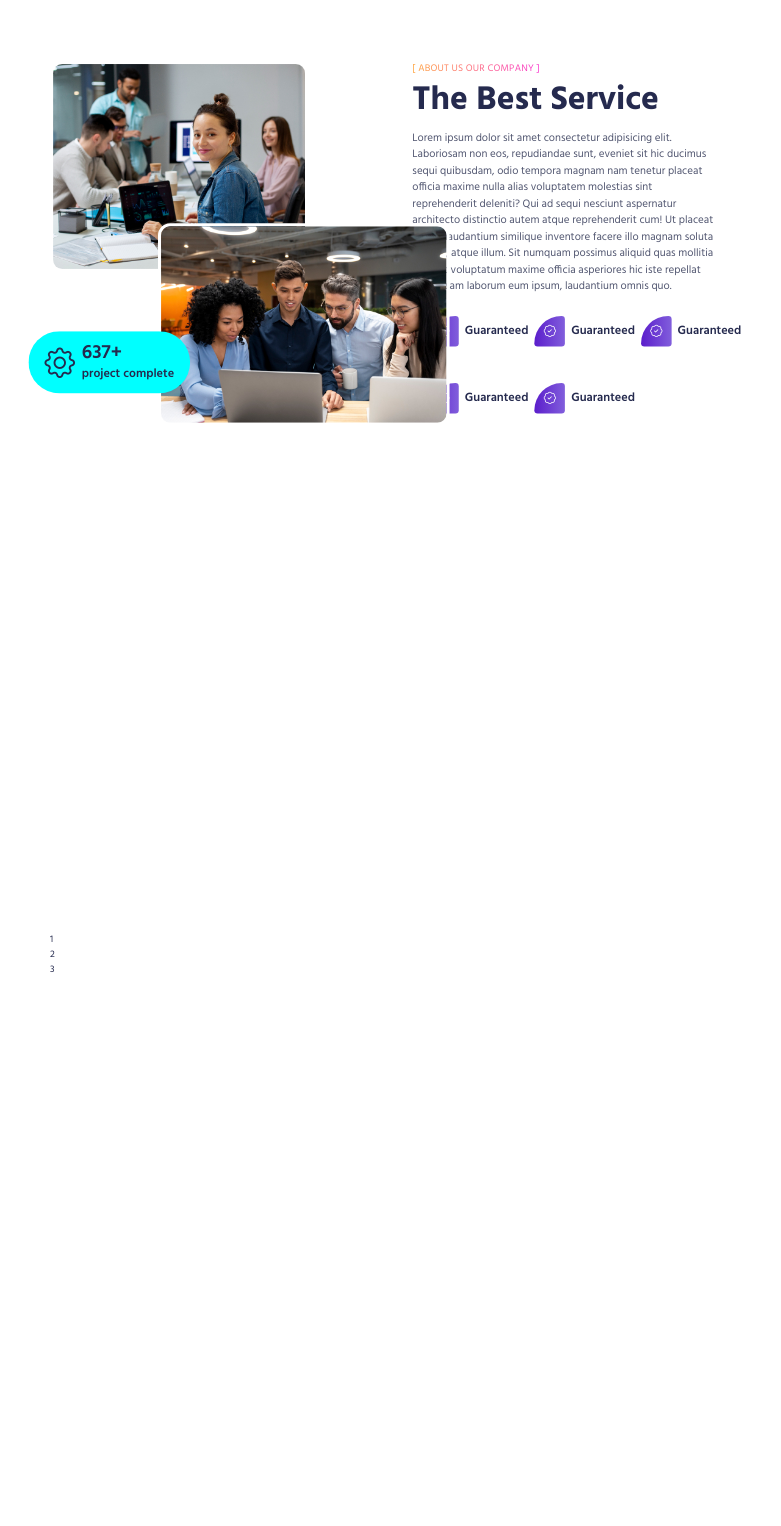
Repository: tagnam/mirehel2.0
Page: about.html
The author's editor kept a copy of each file at every save. The page is drawn from the files as they stood at one save, then again after the next save.
The browser window is 1280 px wide. The pictures show the whole page, at 61% of full size.

Above is the page before, as saved 2025-02-03 12:44:03.

### about.html
<!DOCTYPE html>
<html lang="en">
<head>
    <meta charset="UTF-8">
    <meta name="viewport" content="width=device-width, initial-scale=1.0">
    <title>about</title>
    <link href="https://cdn.jsdelivr.net/npm/bootstrap@5.0.2/dist/css/bootstrap.min.css" rel="stylesheet" integrity="sha384-EVSTQN3/azprG1Anm3QDgpJLIm9Nao0Yz1ztcQTwFspd3yD65VohhpuuCOmLASjC" crossorigin="anonymous">
    <link rel="stylesheet" href="style/css/animation.css">
    <link rel="stylesheet" href="style/css/style.css">
    <link rel="stylesheet" href="style/css/animation.css">
</head>
<body>
<!--======================================== about section ==================================== -->


<section>
    <div class="container">
        <div class="row">
            <div class="col-lg-6">
                <div class="about-left">
                    <figure class="about-img-container">
                        <img class="about-img-001 A-image01" src="images/about-img-1.jpg" alt="">
                        <img class="about-img-001 A-image02" src="images/about-img-2.jpg" alt="">
                    </figure>
                    <div class="project-counter">
                        <div class="project-icon">
                            <i class="bi bi-gear"></i>
                        </div>
                        <div class="project-number">
                            <h2>637+</h2>
                            <p> project complete </p>
                        </div>

                    </div>

                </div>
            </div>
            <div class="col-lg-6">
                <div class="container-fluid " style="margin-bottom: 20px;">


                            <h3 class="sub-heading">[ about us our company ]</h3>
                            <h1 class="title">The Best Service</h1>


                            <div class="about-text">
                                <p>Lorem ipsum dolor sit amet consectetur adipisicing elit. Laboriosam non eos, repudiandae sunt, eveniet sit hic ducimus sequi quibusdam, odio tempora magnam nam tenetur placeat officia maxime nulla alias voluptatem molestias sint reprehenderit deleniti? Qui ad sequi nesciunt aspernatur architecto distinctio autem atque reprehenderit cum! Ut placeat itaque laudantium similique inventore facere illo magnam soluta quis ab, atque illum. Sit numquam possimus aliquid quas mollitia suscipit voluptatum maxime officia asperiores hic iste repellat laboriosam laborum eum ipsum, laudantium omnis quo.</p>

                        </div>
                    </div>
                    <div class="about-right-container">
                        <ul class="about-list">
                            <li class="about-list-item">
                                <div class="col-lg-2 about-icon"><i class="bi bi-patch-check"></i></div>
                                <div class="col-lg-10">
                                    <div class="about-list-title"> Guaranteed</div>

                                </div>
                            </li>

                            <li class="about-list-item">
                                <div class="col-lg-2 about-icon"><i class="bi bi-patch-check"></i></div>
                                <div class="col-lg-10">
                                    <div class="about-list-title">Guaranteed</div>

                                </div>
                            </li>
                            <li class="about-list-item">
                                <div class="col-lg-2 about-icon"><i class="bi bi-patch-check"></i></div>
                                <div class="col-lg-10">
                                    <div class="about-list-title">Guaranteed</div>

                                </div>
                            </li>
                            <li class="about-list-item">
                                <div class="col-lg-2 about-icon"><i class="bi bi-patch-check"></i></div>
                                <div class="col-lg-10">
                                    <div class="about-list-title">Guaranteed</div>

                                </div>
                            </li>
                            <li class="about-list-item">
                                <div class="col-lg-2 about-icon"><i class="bi bi-patch-check"></i></div>
                                <div class="col-lg-10">
                                    <div class="about-list-title">Guaranteed</div>

                                </div>
                            </li>
                        </ul>
                </div>
                </div>

            </div>
        </div>
    </div>
</section>

<!--======================================== end about section ==================================== -->

<!--========================================  service section ==================================== -->


<div id="main_wrapper">
    <section class="plain"></section>
    <section class="plain"></section>
    <section id="A" class="plain"><div class="animate"></div></section>

    <section class="fancy">
      <div class="container">
        <div class="panel">1</div>
        <div class="panel">2</div>
        <div class="panel">3</div>
      </div>
    </section>

    <section id="B" class="plain"><div class="animate"></div></section>
    <section id="C" class="plain"><div class="animate"></div></section>
    <section class="plain"></section>
    <section class="plain"></section>

  </div>
<!--======================================== end service section ==================================== -->














    <script src="https://cdn.jsdelivr.net/npm/bootstrap@5.0.2/dist/js/bootstrap.bundle.min.js" integrity="sha384-MrcW6ZMFYlzcLA8Nl+NtUVF0sA7MsXsP1UyJoMp4YLEuNSfAP+JcXn/tWtIaxVXM" crossorigin="anonymous"></script>
    <script src="https://cdn.jsdelivr.net/npm/@popperjs/core@2.9.2/dist/umd/popper.min.js" integrity="sha384-IQsoLXl5PILFhosVNubq5LC7Qb9DXgDA9i+tQ8Zj3iwWAwPtgFTxbJ8NT4GN1R8p" crossorigin="anonymous"></script>
    <script src="https://cdn.jsdelivr.net/npm/bootstrap@5.0.2/dist/js/bootstrap.min.js" integrity="sha384-cVKIPhGWiC2Al4u+LWgxfKTRIcfu0JTxR+EQDz/bgldoEyl4H0zUF0QKbrJ0EcQF" crossorigin="anonymous"></script>
</body>
</html>

### style/css/animation.css

@keyframes boxmove{
    50% {
        transform: translateX(-20%);
    }
}

### style/css/style.css

@import url('https://fonts.googleapis.com/css2?family=Hind:wght@300;400;500;600;700&family=Inter:ital,opsz,wght@0,14..32,100..900;1,14..32,100..900&family=Open+Sans:ital,wght@0,300..800;1,300..800&family=Oswald:wght@200..700&family=Poppins:ital,wght@0,100;0,200;0,300;0,400;0,500;0,600;0,700;0,800;0,900;1,100;1,200;1,300;1,400;1,500;1,600;1,700;1,800;1,900&family=Raleway:ital,wght@0,100..900;1,100..900&family=Roboto:ital,wght@0,100;0,300;0,400;0,500;0,700;0,900;1,100;1,300;1,400;1,500;1,700;1,900&family=Urbanist:ital,wght@0,100..900;1,100..900&display=swap');
@import url("https://cdn.jsdelivr.net/npm/bootstrap-icons@1.11.3/font/bootstrap-icons.min.css");
*{
    margin: 0;
    padding: 0;
    box-sizing: border-box;
}

:root{
    --primary-color: #252A4E;
    --secondary-color: #a249ed;

}

body{
    font-family: "Hind", serif;

    color:#252A4E;
}

section{
    padding: 100px 0;
}

.row-container{
    margin-top: 50px;
}
.banner-section{
    background-image: url(/images/banner-bg.webp);
    background-size: cover;
    background-position: center;
    /* background-attachment: fixed; */
    /* height: 100vh; */
    position: relative;
    margin: 15px;
    padding: 8px;
}
.section-btn{
    height: 100%;
    display: flex
;
    justify-content: flex-end;
    align-items: flex-end;
}

.title{
    font-size: 55px;
    font-weight: 800;
    line-height: 1;
}

.banner-img{
    position: relative;
    bottom: -89px;
}
.banner-content{
    margin-top: 100px;
    padding-right: 100px;
}

.banner-title{
    font-size: 70px;
    font-weight: 800;
    line-height: 1;
}

.banner-text{
    font-size: 20px;
    font-weight: 400;
    line-height: 1.5;
    margin-top: 20px;
    color:#515670;
}

.banner-title span{
    color: var(--secondary-color);
}
.sub-heading{
    position: relative;
    display: inline-block;
    font-size: 16px;
    letter-spacing: 0.32px;
    line-height: 26px;
    font-weight: 400;
    font-family: var(--galada);
    text-transform: uppercase;
    background: linear-gradient(90deg, #FFA835 -3.85%, #FA3DCC 97.3%, #FA3AD0 100%);
    background-clip: text;
    -webkit-background-clip: text;
    -webkit-text-fill-color: transparent;

    margin-bottom: 12px;
}




.banner-icon{
    width: 100%;
    background: linear-gradient(90deg, #9255CE -2.17%, #BE60FF 100%);
    box-shadow: 0px 0px 20px 0px rgba(0, 0, 0, 0.08);
    border-radius: 30px 45px 30px 30px;
    position: relative;
    padding: 20px;
    top: 28px;
    right: -13px;
}

.banner-icon h2{
    font-size: 45px;
    font-weight: 800;
    /* line-height: 1.5; */
    color: #fff;
    /* margin-bottom: 20px; */
    text-align: start;
    margin: unset;
    line-height: 38px;
    padding: 10px;
}

.banner-icon h4{
    font-size: 27px;
    font-weight: 600;
    line-height: 1.5;
    color: #fff;
    /* margin-top: 20px; */
    text-align: start;
    text-transform: uppercase;
}


.marquee-content{
    background: linear-gradient(90deg, #70DBFF 0%, #DD98FF 100%);
    border-radius: 0 0 35px 30px;
    overflow: hidden;
    padding: 23px 45px;
    width: 100%;
    position: absolute;
    left: 9px;
    bottom: -12px;
    display: flex;
    justify-content: space-between;
    align-items: center;
}


/* <!--===================================== about section end ========================================--> */
.about-right-container{
    padding-left: 50px;
}
.about-text p{
    font-size: 18px;
    line-height: 1.5;
    color: #515670;
    margin-top: 20px;
}

.about-img{
    position: relative;
    transform: translate(30px, 30px);
    width: 100%;
}

.about-figure{
    position: relative;
  background-color: aqua;
  padding: 20px;
}


.about-list{

    list-style: none;
    padding: unset;
    display: grid;
    grid-template-columns: repeat(3, 1fr);
    grid-template-rows: repeat(2, 100px);
    gap: 10px; }


.about-list li{
    display: flex;
    align-items: center;
    margin-bottom: 20px;
    justify-content: space-between;
}

.about-icon{

    display: flex;
    justify-content: center;
    align-items: center;
    background-color:var(--secondary-color);
    width: 50px;
    height: 50px;
    background: linear-gradient(90deg, #5A1CCB -2.17%, #815EDC 100%);
    border-radius: 50px 6px 6px 6px;
}

.about-icon .bi{
    font-size: 20px;
    color: #fff;
    display: flex;
    justify-content: center;
    align-items: center;
}


.about-list-title{
    font-size: 20px;
    line-height: 1.16;
    /* margin-bottom: 4px; */
    font-weight: 600;
    margin-left: 10px;
}

.about-list-text p{
    font-size: 16px;
    line-height: 1.5;
    color: #515670;
    margin: unset;
}
/* <!--===================================== about section end ========================================--> */




/* <!--===================================== service section start ========================================--> */

.service-index {
    width: 100%;
    display: flex;
    justify-content: center;
    align-items: center;
}

.service-index h2{
    position: relative;
    display: inline-block;

    letter-spacing: 0.32px;
margin: unset;
    font-weight: 600;
    font-family: var(--galada);
    text-transform: uppercase;
    background: linear-gradient(90deg, #FFA835 -3.85%, #FA3DCC 97.3%, #FA3AD0 100%);
    background-clip: text;
    -webkit-background-clip: text;
    -webkit-text-fill-color: transparent;

}

.service-title h3{
    font-size: 40px;
    font-weight: 800;
    line-height: 1;
    color: #252A4E;
    margin-bottom: 20px;
}

.service-row{
    border-bottom: 2px solid red;
    margin-bottom: 30px;
}

.service-icon{
    display: flex;
    justify-content: center;
}

.service-icon .bi{
    font-size: 45px;
    color:red;
    display: flex;
    justify-content: center;
    align-items: center;
}
/* <!--===================================== service section end ========================================--> */




/* <!--===================================== project section start========================================--> */




/* <!--===================================== project section start========================================--> */





/* <!--===================================== testimonial section start========================================--> */


.testimonial-card{
    background: linear-gradient(90deg, #70DBFF 0%, #DD98FF 100%);
    padding: 0px 20px;
    border-radius: 20px;
}


.testimonial-img{
    height: 58px;
    width: 58px;
    background: red;
    border-radius: 64%;
    border: 2px solid;
}

.testimonial-top{
    padding-bottom: 20px;
    border-bottom: 1px solid #fff;

}


.testimonial-bottom h2{
    font-size: 65px;
    font-weight: 600;
    line-height: 1.5;
    color: #fff;
    margin-top: 20px;
    text-align: start;
    text-transform: uppercase;
}

.testimonial-bottom p{
    font-size: 20px;
    line-height: 1.5;
    color: #fff;
    margin: unset;
}

  .testimonial .testimonial-content {
    margin: 10px 10px 0;
    /* background: #efefef; */
    padding: 0px 60px;
    position: relative;
    border: none;
    border-radius: 8px;
    font-style: italic;
    font-size: 25px;
    border: 2px solid;
    border-radius: 20px;
  }

  .testimonial .testimonial-content:before,
  .testimonial .testimonial-content:after {
    content: "\201C";
    position: absolute;
    font-size: 80px;
    line-height: 1;
    color: #757f9a;
    font-style: normal;
  }

  .testimonial .testimonial-content:before {
    top: 0;
    left: 10px;
  }

  .testimonial .testimonial-content:after {
    content: "\201D";
    right: 10px;
    bottom: -0.5em;
  }

.testimonial-start{
    display: flex    ;
        justify-content: left;
        align-items: center;
        margin: 20px 0px;
}

.testimonial-start .bi{
    margin: 0px 5px;
    font-size: 20px;
}
/* <!--===================================== testimonial section start========================================--> */

/* <!--===================================== project section start========================================--> */
.project-img{
    height: 550px;
}

.project-card .project-img {
    transition: 1ms ease-in-out;
}

.project-card:hover .project-img{
    transform: scaleX(1) scaleY(1) scaleZ(0.1) rotateX(15deg) rotateY(0deg) rotateZ(0deg) translateX(0px) translateY(0px) translateZ(0px) skewX(0deg) skewY(0deg);
}

.project-content{
    margin-top: -100px;
    z-index: 1;
}
/* <!--===================================== project section end========================================--> */



/* <!--===================================== choice section start========================================--> */

.choice-container{
    position: relative;
    padding: 10px;
    background-color: transparent;
height: 400px;
border: 15px solid transparent;
  /* border-image:linear-gradient(180deg, red 0%, #00000000 90.04%); */
  /* border-image:linear-gradient(180deg, #00000000  0%, red 90.04%); */
  border-image-slice: 1;
border-radius: 20px;
background: linear-gradient(white, white) padding-box,
linear-gradient(180deg, red 0%, #00000000 90.04%) border-box;
}

/* <!--===================================== choice section end========================================--> */


















/* ----------------------------new about  */

.about-img-container{
    position: relative;
}
.about-img-001{
    border-radius: 20px;
    border: 5px solid #fff;
}

.A-image01{

}

.A-image02{
    margin-top: -80px;
    margin-left: 177px;
}

.project-counter{
    width: 265px;
    background-color: aqua;
    display: flex;
    justify-content: space-evenly;
    border-radius: 100px 100px 100px 100px;
    align-items: center;
    padding: 17px 15px;
    position: absolute;
    bottom: 75px;
    background-size: cover;
    background-position: center center;
    transition: all .4s ease;
    animation: boxmove 3s infinite linear alternate;

}

.project-counter:hover{
    background-color: #fff;
}

.project-icon .bi{
    display: flex;
    font-size: 50px;
}

.project-number h2{
    margin: unset;
    font-weight: 600;
}

.project-number p{
    margin: unset;
    font-weight: 600;
    font-size: 20px;

}

After the next save:
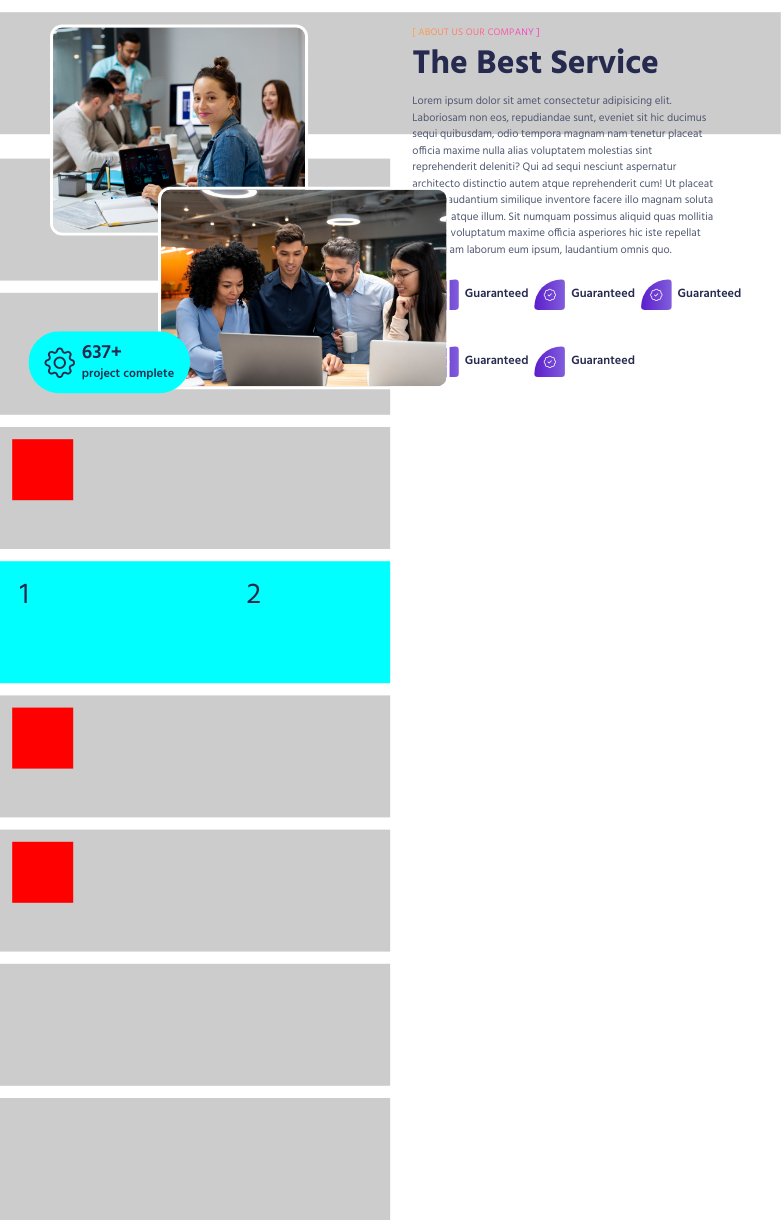
Saved 12 s later.
--- a/about.html
+++ b/about.html
@@ -128,8 +128,44 @@
 
 
 
+<style>
+    #main_wrapper {
+  overflow-x: hidden;
+  width: 50%
+}
+
+section {
+  width: 100%;
+  height: 200px;
+  background: #ccc;
+  margin: 20px 0;
+  padding: 20px;
+}
+
+section.fancy {
+  background: cyan;
+}
+
+section.fancy .container {
+    width: calc(300%);
+    height: 100%;
+    display: flex;
+    flex-wrap: nowrap;
+   font-size: 3em;
+}
+
+section.fancy .panel {
+    width: 100%;
+    height: 100%;
+}
 
 
+section .animate {
+  width: 100px;
+  height: 100px;
+  background: red;
+}
+</style>
 
 
 
